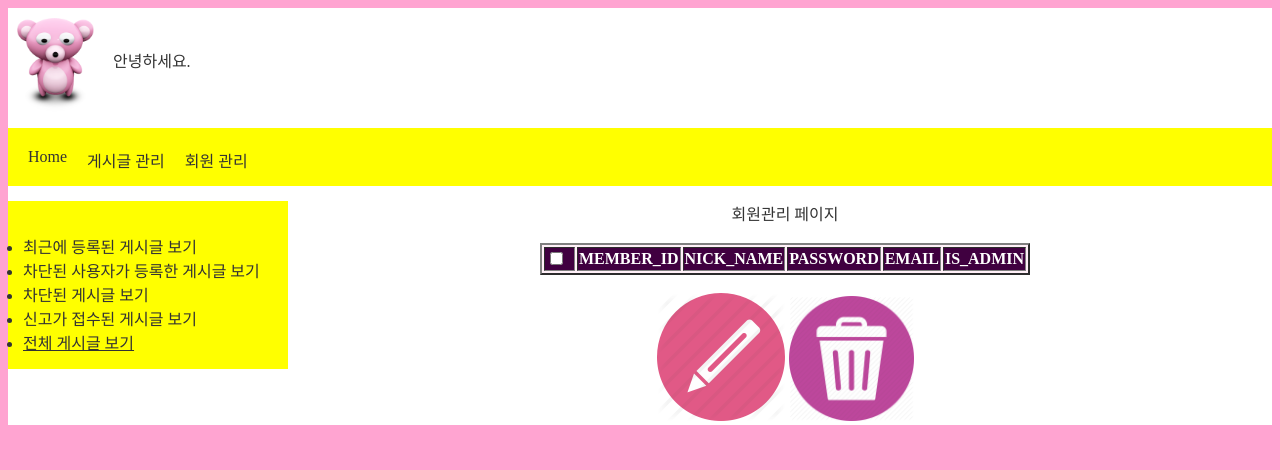
Repository: BaekJiGyeong/JSP_web
Page: http://localhost/Article-admin/WEB-INF/view/member/memberList.jsp
An editor plug-in stored every save of this project. The page is shown before and after the next save, followed by the edit.
The browser window is 1280 px wide. The pictures show the whole page.
The page is served by Tomcat 9. Nobody is signed in. Other server files are loaded and not shown. The template is opened directly, without the code that normally fills it, so the values that code supplies are empty.

Above is the page before, as saved 2016-03-16 08:11:24.

### Article-admin/WebContent/WEB-INF/view/member/memberList.jsp
<%@ page language="java" contentType="text/html; charset=UTF-8"
    pageEncoding="UTF-8"%>
<%@taglib prefix="c" uri="http://java.sun.com/jsp/jstl/core" %>
<jsp:include page="/WEB-INF/view/common/header.jsp"></jsp:include>
<jsp:include page="/WEB-INF/view/article/leftMenu.jsp"></jsp:include>

<script type="text/javascript">
	$(document).ready(function(){
		$("#massiveSelectCheckBox").click(function(){
			 var isChecked = $(this).prop("checked");
			 $(".deleteMemberIds").prop("checked",isChecked);
		});


		$("#deleteBtn").click(function(){
			var isChecked = false;

			$(".deleteMemberIds").each(function(index,data){

				if (data.checked ) {
					isChecked = data.checked
				}
			});

			 if (!isChecked){
			alert("삭제할 대상을 선택하세요");
			return;
		}
			if(confirm("정말 삭제하시겠습니까?")){
				var form=$("#massiveDeleteForm");
				form.attr("method", "POST");
				form.attr("action", "<c:url value="/memberDelete"/>");
				form.submit();
			}
		});
	});
</script>

<body>

<div id="members" align="center">
	회원관리 페이지
	<br/><br/>

	<table border="2" >
		<tr>
			<th><input type="checkbox" id="massiveSelectCheckBox"/></th>
			<th>MEMBER_ID</th>
			<th>NICK_NAME</th>
			<th>PASSWORD</th>
			<th>EMAIL</th>
			<th>IS_ADMIN</th>
		</tr>

	<form id="massiveDeleteForm">
	<c:forEach items="${ members }" var="members">
		<tr>
			<td>
				<input type="checkbox" class="deleteMemberIds"
						name = "deleteMemberIds"
						value ="${members.memberId }"/>
			</td>
			<td>${ members.memberId }</td>
			<td>${ members.nickName }</td>
			<td>${ members.password }</td>
			<td>${ members.email}</td>
			<td>${ members.isAdmin}</td>
	</tr>
	</c:forEach>
	</form>
	</table>
	<br/>

	<a href="<c:url value="/write"/>"><img src="<c:url value="/resource/img/write.png"/>" id="writeBtn" /></a>
	<img src="<c:url value="/resource/img/trashcan.png"/>" id="deleteBtn" width=125px height=125px; />
</div>
</body>

### Article-admin/WebContent/WEB-INF/view/common/header.jsp
<%@ page language="java" contentType="text/html; charset=UTF-8"
    pageEncoding="UTF-8"%>
<%@ taglib prefix="c" uri="http://java.sun.com/jsp/jstl/core" %>
<!DOCTYPE html>
<html>
<head>
<meta http-equiv="Content-Type" content="text/html; charset=UTF-8">
<link rel="stylesheet" type="text/css" href="<c:url value="/resource/css/header.css"/>"/>
<link rel="stylesheet" type="text/css" href="<c:url value="/resource/css/login.css"/>"/>
<script type="text/javascript" src="<c:url value="/resource/js/jquery-1.12.1.js"/>"></script>


<title>관리자페이지</title>
</head>
<body>

	<div id="wrapper">

		<div id="header">


			<a href="<c:url value="/list"/>"><img src="<c:url value= "/resource/img/icon.png"/>"></a> <div>안녕하세요.</div>

		</div>
		<div class="clear"></div>
		<jsp:include page="/WEB-INF/view/common/topMenu.jsp"></jsp:include>
		<div class="clear"></div>

### Article-admin/WebContent/WEB-INF/view/common/topMenu.jsp
<%@ page language="java" contentType="text/html; charset=UTF-8"
    pageEncoding="UTF-8"%>

<%@ taglib prefix="c" uri="http://java.sun.com/jsp/jstl/core"%>

<script type="text/javascript">

$(document).ready(function(){

	$("#manageMember").click(function(){
		location.href = "<c:url value="/memberManage"/>";
	});
	$("#articleList").click(function(){
		location.href = "<c:url value="/list"/>";
	});

});
</script>

<div id="topNavi">
	<ul id="topMenu">
		<li id="articleList">Home</li>
		<li>게시글 관리</li>
		<li id="manageMember">회원 관리</li>
	</ul>
</div>

### Article-admin/WebContent/WEB-INF/view/article/leftMenu.jsp
<%@ page language="java" contentType="text/html; charset=UTF-8"
    pageEncoding="UTF-8"%>
<%@ taglib prefix="c" uri="http://java.sun.com/jsp/jstl/core" %>
<div id="leftMenu">
	<ul>
		<li>최근에 등록된 게시글 보기</li>
		<li>차단된 사용자가 등록한 게시글 보기</li>
		<li>차단된 게시글 보기</li>
		<li>신고가 접수된 게시글 보기</li>
		<li>
			<a href="<c:url value="/list"/>">전체 게시글 보기</a>
		</li>
	</ul>
</div>

### Article-admin/WebContent/resource/css/header.css
@CHARSET "UTF-8";

body, input, div, span, p, a, td, th, caption, lable, h1, h2, h3, h4, h5, h6, textarea, iframe, ul, al, li, dd, dt, b, u, i, strong, pre, code, address, city, header, aside{
	color:#333333;
	font-family: "나눔바른고딕", "나눔고딕", "돋움체";
	font-size: 12pt;

}

table {
	background-color: #fff0f8;

}


img {
	/* 이미지 주변의 파란 줄 제거 */
	border: none;
}


body {
	background-color: #ffa4d1;
}

input {
	margin-right: 10px;
}
th {
	background-color: #400040;
	color:#ffffff;
}

div#wrapper {
	width: 100%;
	background-color: #FFFFFF;
}

div#header img {
	width: 95px;
	height: 95px;
	float: left;
	margin-top :10px;
	margin-right: 10px;
}

div#header div {
	padding-top: 40px;
	float: left;
}

div#listcss div#members {
	float:left;
	background-color: #ffa4d1;
	padding : 10px;
}
div#reply{
	width: 50%;
}
ul#topMenu li{
	margin-left:20px;
	float:left;
	cursor: pointer;
}
ul#topMenu li:FIRST-CHILD{
	margin-left:0px;

}

div#topNavi ul#topMenu{
	list-style:none;
	display: inline;
	margin-left: 30px;
}
div#topNavi{
	padding-left: 20px;
	padding-top: 20px;
	padding-bottom: 20px;
	margin-top: 15px;
	margin-bottom: 15px;
	background-color: #ffff00;
}
div#leftMenu{
	float:left;
	width: 250px;
	height: 100%;
	padding: 15px;
	margin-right: 10px;
	background-color: #ffff00;


}
div#leftMenu ul{
	list-syle : none;
	display: inline;
}
div#leftMenu ul ui{
	padding-top:5px;
	padding-bottom:5px;
}
div#leftMenu ul ui:FIRST-CHILD{
	padding-top:0px;
}
div.clear{
	clear: both;
}

### Article-admin/WebContent/resource/css/login.css
@CHARSET "UTF-8";


#btnLogin{
	height:40px;
	float:right;
	margin-right:10px;
}
#btnJoin{
	height:40px;
	float:right;
	margin-right:10px;

}


div#login {
	text-align:right;
}


div#login input{
	margin-bottom:10px;
	float:right;
}

Loaded but not shown: Article-admin/WebContent/resource/js/jquery-1.12.1.js (library)

After the next save:
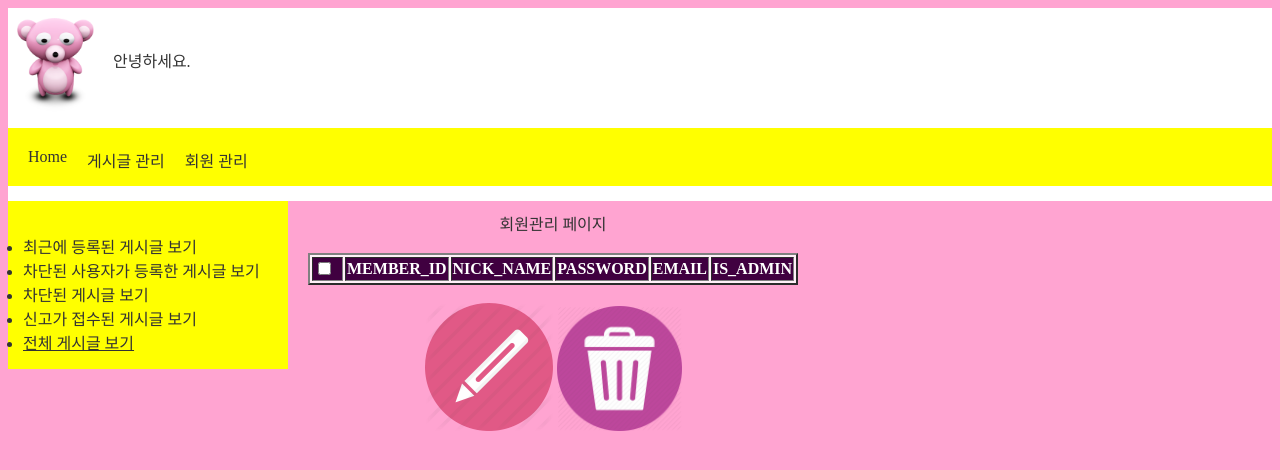
Saved 18 s later.
--- a/Article-admin/WebContent/resource/css/header.css
+++ b/Article-admin/WebContent/resource/css/header.css
@@ -54,6 +54,11 @@ div#listcss div#members {
 	background-color: #ffa4d1;
 	padding : 10px;
 }
+div#members {
+	float:left;
+	background-color: #ffa4d1;
+	padding : 10px;
+}
 div#reply{
 	width: 50%;
 }
